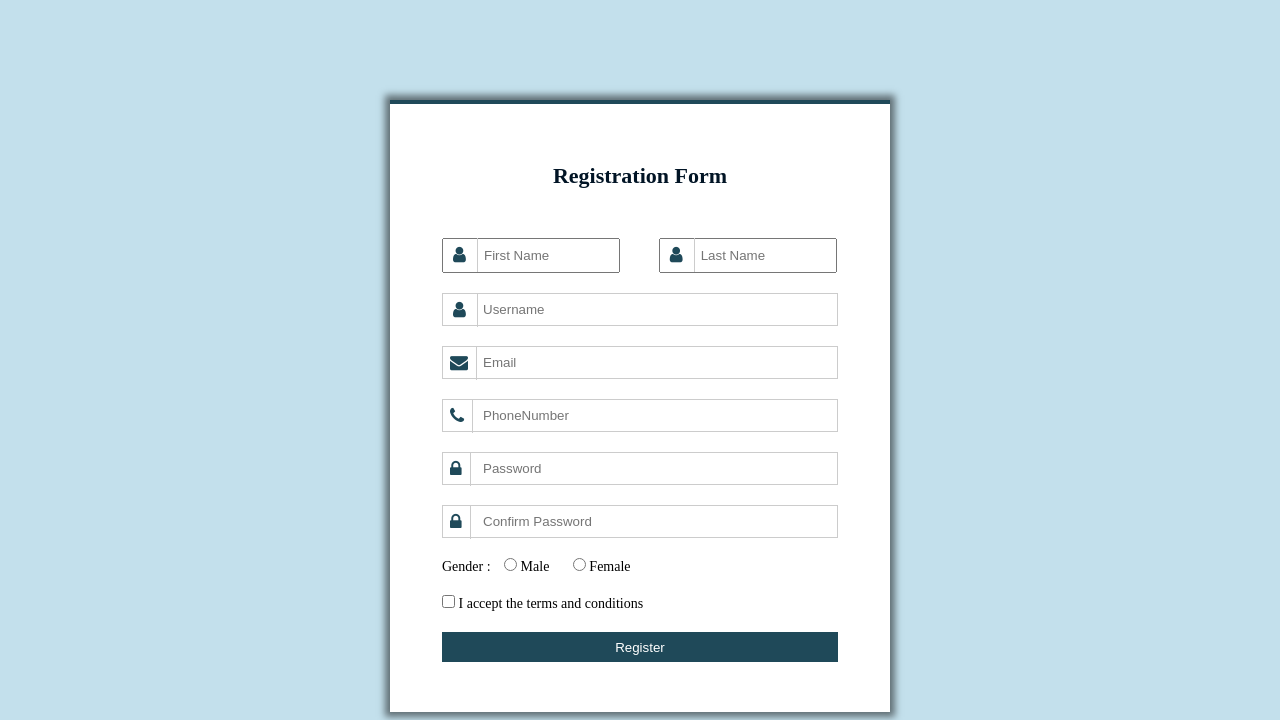
Repository: sampanna17/javabackup
Page: http://localhost/EvoX_CW/pages/register.jsp
The author's editor kept a copy of each file at every save. The page is drawn from the files as they stood at one save, then again after the next save.
The browser window is 1280 px wide. The pictures show the whole page.
The page is served by Tomcat 9. Other server files are loaded and not shown.

Above is the page before, as saved 2024-05-05 11:45:09.

### EvoX_CW/src/main/webapp/pages/register.jsp
<%@page import="utils.StringUtils"%>
<%@ page language="java" contentType="text/html; charset=ISO-8859-1"
	pageEncoding="ISO-8859-1"%>

<%
String contextPath = request.getContextPath();
%>
<!DOCTYPE html>
<html lang="en">
<head>
    <meta charset="UTF-8">
    <meta name="viewport" content="width=device-width, initial-scale=1.0">
    <title>Registration Form</title>
    <link rel="stylesheet" type="text/css" href="../stylesheets/register.css"/>
    <link rel="stylesheet" href="https://cdnjs.cloudflare.com/ajax/libs/font-awesome/4.7.0/css/font-awesome.min.css">
</head>

<body>
    <div class="container">

    	<%-- Display error message --%>
		<%
		String errorMessage = (String) request.getAttribute(StringUtils.MESSAGE_ERROR);
		if(errorMessage != null && !errorMessage.isEmpty()){
		%>
		<p class= "error-message"><%=errorMessage%></p>
		<%
		}
		%>

        <h1>Registration Form</h1>
        <div class="form-container">
        <form action="<%=contextPath%>/registerstudent" method="post">

               <div class="input-name">
                    <i class="fa fa-user lock"></i>
                    <input type="text" placeholder="First Name" class="name">

                    <span>
                        <i class="fa fa-user lock"></i>
                        <input type="text" placeholder="Last Name" class="name">
                    </span>

                </div>
                <div class="input-name">
                    <i class="fa fa-user lock"></i>
                    <input type="text" placeholder="Username" class="text-name">
                </div>

                <div class="input-name">
                    <i class="fa fa-envelope email"></i>
                    <input type="email" placeholder="Email" class="text-name">
                </div>
                <div class="input-name">
                    <i class="fa fa-phone"></i>
                    <input type="text" placeholder="PhoneNumber" class="text-name">
                </div>
                <div class="input-name">
                    <i class="fa fa-lock"></i>
                    <input type="password" placeholder="Password" class="text-name">
                </div>
                <div class="input-name">
                    <i class="fa fa-lock"></i>
                    <input type="password" placeholder="Confirm Password" class="text-name">
                </div>
                <div class="input-name">
                    <p style="display: inline-block; margin-right: 10px;">Gender :</p>
                    <input type="radio" class="radio" name="r1" style="display: inline-block;">
                    <label style="margin-right: 20px; display: inline-block;">Male</label>

                    <input type="radio" class="radio1" name="r1" style="display: inline-block;">
                    <label style="display: inline-block;">Female</label>
                </div>

                <div class="input-name">
                    <input type="checkbox" class="check-button">
                    <label> I accept the terms and conditions</label>
                </div>
                <div class="input-name">
                    <input type="submit" class="button" value="Register">
                </div>

        </form>
            <%
			String errMsg = (String) request.getAttribute(StringUtils.MESSAGE_ERROR);
			String successMsg = (String) request.getAttribute(StringUtils.MESSAGE_SUCCESS);

			if (errMsg != null) {
			// print
			%>
			<h4 class="error-msg">
				<%
				out.println(errMsg);
				%>
			</h4>
			<%
			}

			if (successMsg != null) {
			// print
			%>
			<h4 class="success-msg">
				<%
				out.println(successMsg);
				%>
			</h4>
			<%
			}
			%>
        </div>
    </div>
</body>

</html>

### EvoX_CW/src/main/webapp/stylesheets/register.css
@charset "ISO-8859-1";

*
{
    margin:0;
    padding:0;
    box-sizing: border-box;
}
body{
    font-size: 14px;
    background-color:#c3e0ec;
}

.container{
    background-color: white;
    width:500px;
    padding: 30px;
    margin:130px auto 0;
    border-top: 4px solid#1F4959;
    box-shadow: 0 0 7px 5px rgba(0, 0, 0, 0.5);
}
.container{
    background-color: white;
    width: 500px;
    padding: 30px;
    margin: auto; /* Center horizontally */
    margin-top: 100px; /* Adjust top margin as needed for vertical centering */
    border-top: 4px solid #1F4959;
    box-shadow: 0 0 7px 5px rgba(0, 0, 0, 0.5);
    justify-content: center; /* Center horizontally */
    align-items: center; /* Center vertically */
}


.container h1{
    font-size: 22px;
    line-height: 24px;
    padding:30px;
    text-align: center;
    color:#011425

}
.input-name
{
    width:90%;
    position: relative;
    margin: 20px auto;
}

.lock{
    padding:8px 11px;
}

.name{
    width: 45%;
    padding:8px 0 8px 40px ;
}

.input-name span{
    margin-left: 35px;

}
.text-name{
    width:100%;
    padding:8px 0 8px 40px ;
}

.input-name i
{
    position: absolute;
    font-size: 18px;
    color:#1f4959;
    border-right: 1px solid #cccccc;

}
.email{
    padding:8px;
}
.input-name i.fa-lock{
    padding: 8px;
}
.input-name i.fa-phone{
    padding: 8px;
}

.text-name,name{
    border: 1px solid #cccccc;
    outline: none;
}
r1{
    margin-right: 4px ;
}

.button{
    background-color:#1f4959;
    color: white;
    height: 30px;
    width:100%;
    border: none;
    outline: none;
    cursor: pointer;

}
.button:hover{
    background-color:#c3e0ec;
}

After the next save:
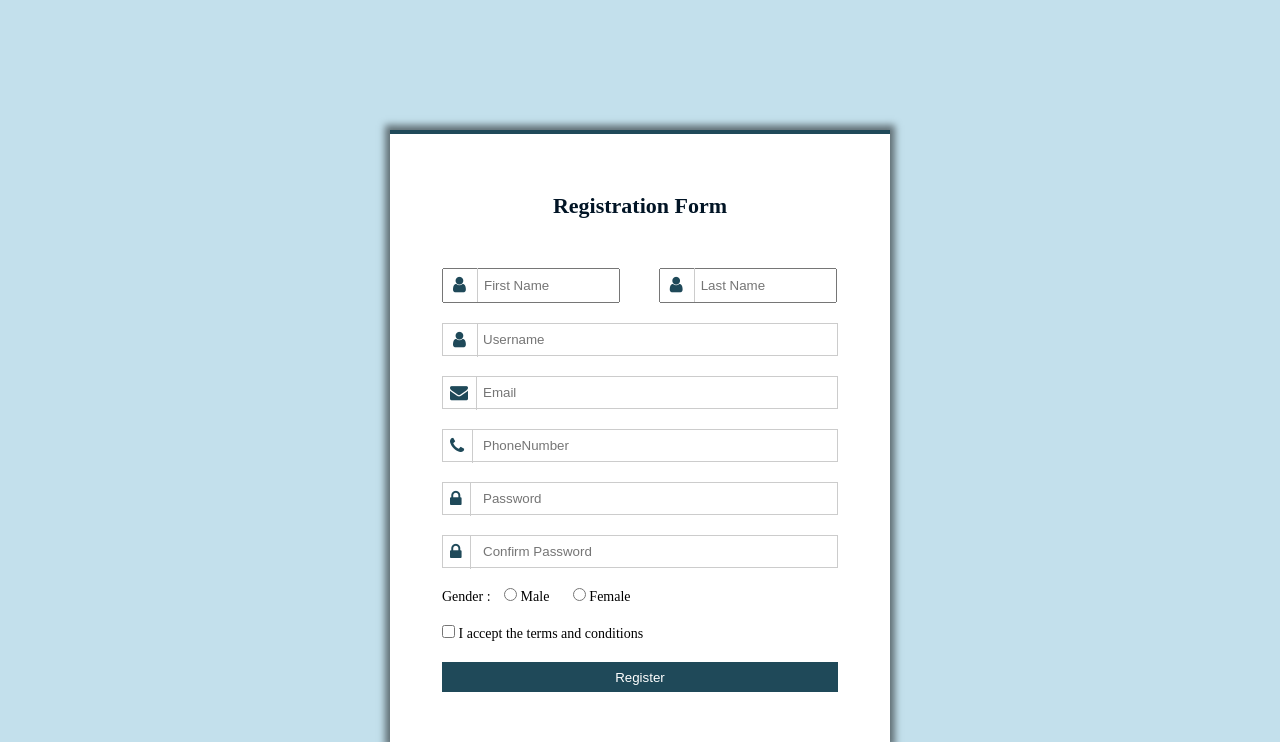
Saved 18 s later.
--- a/EvoX_CW/src/main/webapp/stylesheets/register.css
+++ b/EvoX_CW/src/main/webapp/stylesheets/register.css
@@ -17,15 +17,6 @@
     padding: 30px;
     margin:130px auto 0;
     border-top: 4px solid#1F4959;
-    box-shadow: 0 0 7px 5px rgba(0, 0, 0, 0.5);
-}
-.container{
-    background-color: white;
-    width: 500px;
-    padding: 30px;
-    margin: auto; /* Center horizontally */
-    margin-top: 100px; /* Adjust top margin as needed for vertical centering */
-    border-top: 4px solid #1F4959;
     box-shadow: 0 0 7px 5px rgba(0, 0, 0, 0.5);
     justify-content: center; /* Center horizontally */
     align-items: center; /* Center vertically */

After the save that followed:
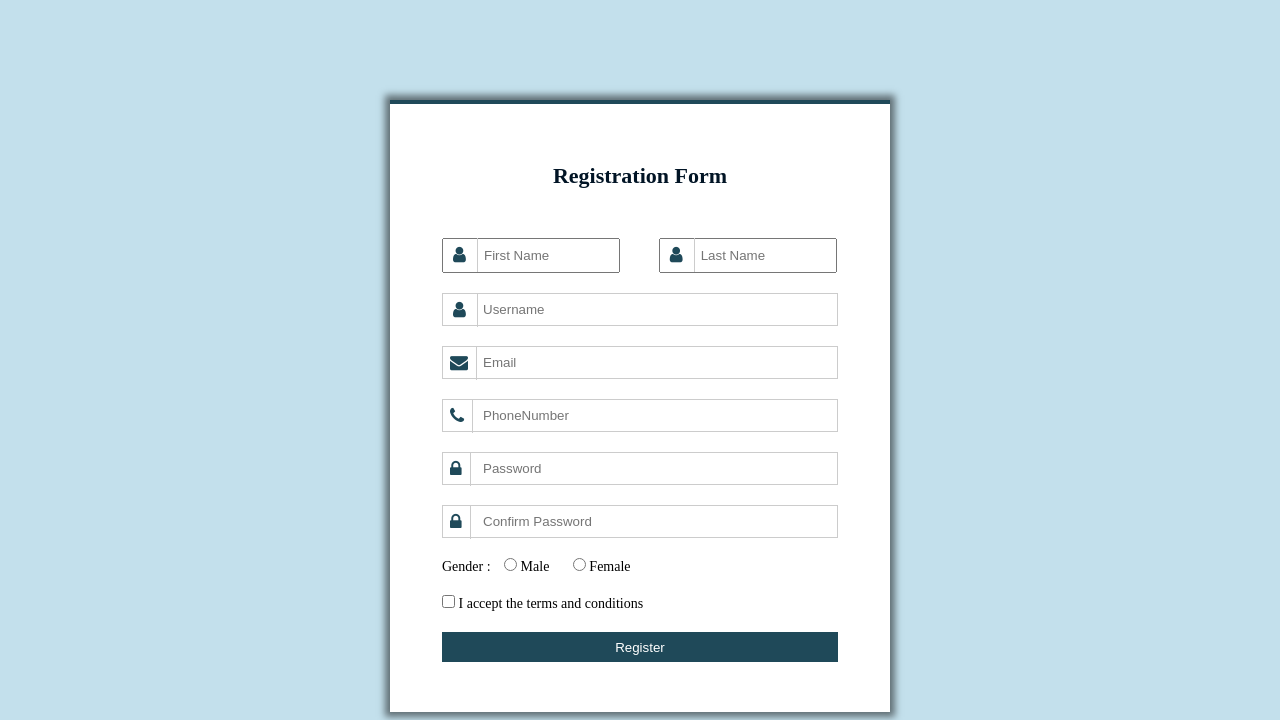
Saved 13 s later.
--- a/EvoX_CW/src/main/webapp/stylesheets/register.css
+++ b/EvoX_CW/src/main/webapp/stylesheets/register.css
@@ -15,7 +15,7 @@
     background-color: white;
     width:500px;
     padding: 30px;
-    margin:130px auto 0;
+    margin:100px auto 0;
     border-top: 4px solid#1F4959;
     box-shadow: 0 0 7px 5px rgba(0, 0, 0, 0.5);
     justify-content: center; /* Center horizontally */
